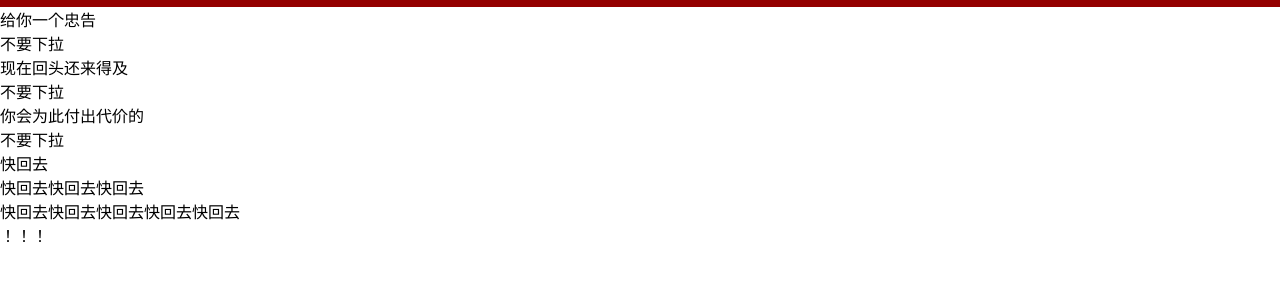
Repository: PUYIXIU/CSSMagic
Page: Animation/ScrollDrivenAnimation/index.html
An editor plug-in stored every save of this project. The page is shown before and after the next save, followed by the edit.
The browser window is 1280 px wide. The pictures show the whole page.

Above is the page before, as saved 2024-09-03 10:20:13.

### Animation/ScrollDrivenAnimation/index.html
<!DOCTYPE html>
<html lang="en">
<head>
    <meta charset="UTF-8">
    <meta name="viewport" content="width=device-width, initial-scale=1.0">
    <title>Document</title>
    <link rel="stylesheet" href="../../assets/styles/reset.css">
    <style>
        .progress-bar{
            height:1vmin;
            background-color: rgb(148, 0, 0);
        }
        .kanban{

        }
    </style>
</head>
<body>
    <div class="progress-bar"></div>
    <div class="kanban">给你一个忠告</div>
    <div class="kanban">不要下拉</div>
    <div class="kanban">现在回头还来得及</div>
    <div class="kanban">不要下拉</div>
    <div class="kanban">你会为此付出代价的</div>
    <div class="kanban">不要下拉</div>
    <div class="kanban">快回去</div>
    <div class="kanban">快回去快回去快回去</div>
    <div class="kanban">快回去快回去快回去快回去快回去</div>
    <div class="kanban">！！！</div>
</body>
</html>

### assets/styles/reset.css
*{
    padding:0;
    margin:0;
}
a{
    text-decoration: none;
}

After the next save:
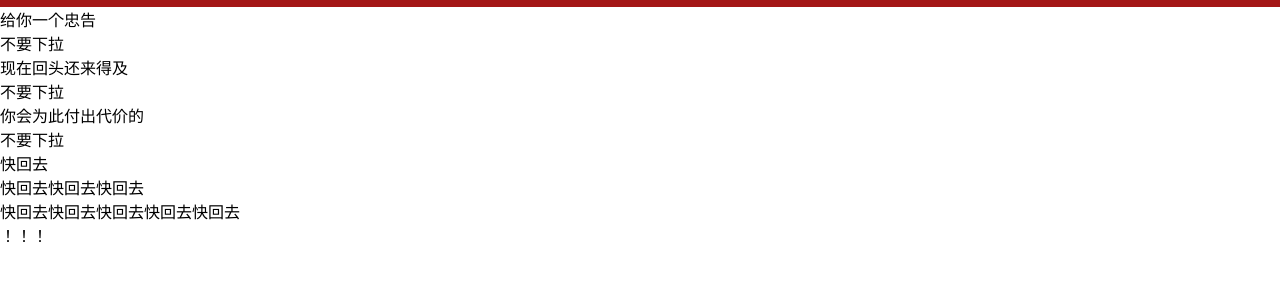
Saved 5 s later.
--- a/Animation/ScrollDrivenAnimation/index.html
+++ b/Animation/ScrollDrivenAnimation/index.html
@@ -8,7 +8,7 @@
     <style>
         .progress-bar{
             height:1vmin;
-            background-color: rgb(148, 0, 0);
+            background-color: rgb(164, 23, 23);
         }
         .kanban{
 
